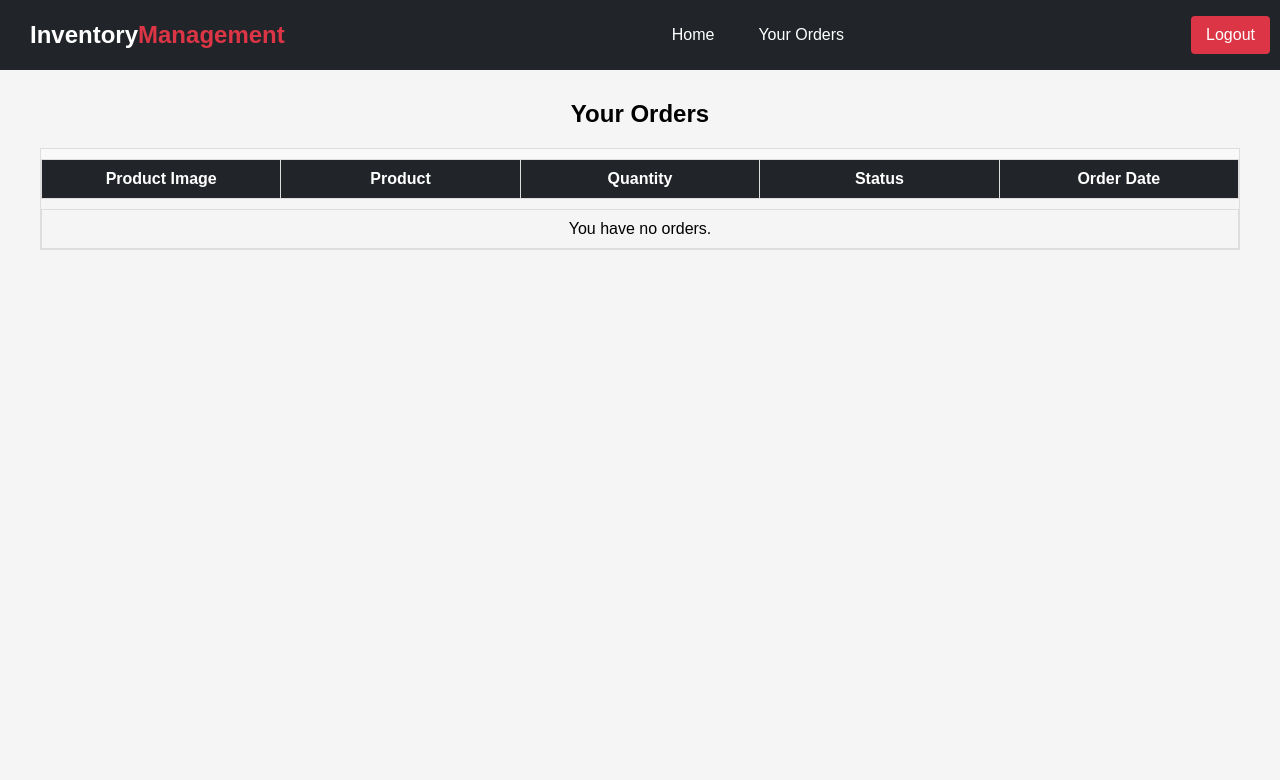
Repository: Fail2/Inventory_Management
Page: inventory_management/accounts/templates/accounts/buyer_orders.html
The author's editor kept a copy of each file at every save. The page is drawn from the files as they stood at one save, then again after the next save.
The browser window is 1280 px wide. The pictures show the whole page.
The page is served by the project's application, run on Django 5.2 (inventory_management/manage.py). Other server files are loaded and not shown. The template is opened directly, without the code that normally fills it, so the values that code supplies are empty.

Above is the page before, as saved 2025-05-03 10:19:23.

### inventory_management/accounts/templates/accounts/buyer_orders.html
{% extends 'accounts/buyer_base.html' %}

{% block title %}Your Orders{% endblock %}

{% block extra_css %}
<style>
    html, body {
        height: 100%;
        margin: 0;
        padding: 0;
    }

    .page-wrapper {
        display: flex;
        flex-direction: column;
        height: 100%;
    }

    h2 {
        text-align: center;
        margin: 20px 0;
    }

    .table-container {
        flex: 1;
        display: flex;
        flex-direction: column;
        margin: 0 20px 20px 20px;
        border: 1px solid #ddd;
    }

    .table-header, .table-body {
        width: 100%;
    }

    .table-header table, .table-body table {
        width: 100%;
        border-collapse: collapse;
        table-layout: fixed;
    }

    .table-header th, .table-body td {
        padding: 10px;
        text-align: center;
        border: 1px solid #ddd;
    }

    .table-header {
        background-color: #f9f9f9;
    }

    .table-body {
        flex: 1;
        overflow-y: auto;
        max-height: 70vh;  /* Adjust as needed */
    }

    img {
        max-width: 100px;
        height: auto;
    }

    @media screen and (max-width: 600px) {
        .table-header th, .table-body td {
            font-size: 12px;
            padding: 5px;
        }
        img {
            max-width: 60px;
        }
    }
</style>
{% endblock %}

{% block content %}
<div class="page-wrapper">
    <h2>Your Orders</h2>

    <div class="table-container">
        <!-- Table Header -->
        <div class="table-header">
            <table>
                <thead>
                    <tr>
                        <th>Product Image</th>
                        <th>Product</th>
                        <th>Quantity</th>
                        <th>Status</th>
                        <th>Order Date</th>
                    </tr>
                </thead>
            </table>
        </div>

        <!-- Scrollable Table Body -->
        <div class="table-body">
            <table>
                <tbody>
                    {% for order in orders %}
                    <tr>
                        <td>
                            <img src="{{ order.product.picture.url|default:'/media/product_images/default-image.jpg' }}" alt="{{ order.product.name }}">
                        </td>
                        <td>{{ order.product.name }}</td>
                        <td>{{ order.quantity }}</td>
                        <td>{{ order.status }}</td>
                        <td>{{ order.order_date|date:"Y-m-d H:i" }}</td>
                    </tr>
                    {% empty %}
                    <tr>
                        <td colspan="5">You have no orders.</td>
                    </tr>
                    {% endfor %}
                </tbody>
            </table>
        </div>
    </div>
</div>
{% endblock %}

### inventory_management/accounts/templates/accounts/buyer_base.html
<!DOCTYPE html>
<html lang="en">
<head>
    <meta charset="UTF-8">
    <meta name="viewport" content="width=device-width, initial-scale=1.0">
    <title>Inventory Management</title>

    {% block extra_css %}{% endblock %}  <!-- Extra CSS block -->

    <!-- Internal CSS -->
    <style>
        body {
            margin: 0;
            font-family: 'Arial', sans-serif;
            background: #f5f5f5;
        }
        .navbar {
            background: #212529;
            color: white;
            padding: 10px 0;
            position: fixed;
            top: 0;
            width: 100%;
            z-index: 999;
        }
        .navbar-container {
            width: 100%;
            display: flex;
            justify-content: space-between;
            padding: 0 20px;
            align-items: center;
        }
        .navbar-logo {
            font-size: 24px;
            color: white;
            text-decoration: none;
            font-weight: bold;
            display: flex;
            align-items: center;
        }
        .navbar-logo i {
            margin-right: 10px;
            font-size: 28px;
        }
        .navbar-logo span {
            color: #dc3545;
        }
        .navbar-links {
            list-style: none;
            display: flex;
            gap: 20px;
            flex-grow: 1;
            justify-content: center;
        }
        .navbar-links li {
            display: inline;
        }
        .navbar-links a {
            color: white;
            text-decoration: none;
            padding: 8px 12px;
            font-size: 16px;
            border-radius: 4px;
            transition: background 0.3s;
        }
        .navbar-links a:hover {
            background: #575757;
        }
        .logout-btn-container {
            margin-left: auto;
            padding-right: 20px;
        }
        .logout-btn {
            background: #dc3545;
            color: white;
            padding: 10px 15px;
            font-size: 16px;
            cursor: pointer;
            border: none;
            border-radius: 4px;
            transition: background 0.3s;
            margin-right: 10px;
        }
        .logout-btn:hover {
            background: #c82333;
        }
        .main-content {
            padding: 20px;
            margin-top: 60px;
        }
        .orders-table {
            background: white;
            width: 100%;
            border-radius: 8px;
            padding: 20px;
            box-shadow: 0 0 10px rgba(0,0,0,0.1);
        }
        table {
            width: 100%;
            border-collapse: collapse;
            margin-top: 10px;
        }
        table, th, td {
            border: 1px solid #ddd;
        }
        th, td {
            padding: 8px;
            text-align: center;
        }
        th {
            background: #212529;
            color: white;
        }
    </style>
</head>
<body>
    <header>
        <nav class="navbar">
            <div class="navbar-container">
                <a href="{% url 'buyer_home' %}" class="navbar-logo">
                    <i class="fas fa-cart-plus"></i> Inventory <span>Management</span>
                </a>
                <ul class="navbar-links">
                    <li><a href="{% url 'buyer_home' %}">Home</a></li>
                    <li><a href="{% url 'buyer_orders' %}">Your Orders</a></li>
                </ul>
                <div class="logout-btn-container">
                    <form method="post" action="{% url 'logout' %}">
                        {% csrf_token %}
                        <button type="submit" class="logout-btn">
                            <i class="fas fa-sign-out-alt"></i> Logout
                        </button>
                    </form>
                </div>
            </div>
        </nav>
    </header>

    <div class="main-content">
        {% block content %}{% endblock %}
    </div>

    {% block extra_scripts %}{% endblock %}  <!-- Extra scripts block -->
</body>
</html>

### inventory_management/accounts/middleware/auth_middleware.py
from django.shortcuts import redirect

class BuyerSupplierLoginRequiredMiddleware:
    """
    Middleware to protect buyer and supplier pages.
    If user is not logged in, they will be redirected to login page.
    """

    def __init__(self, get_response):
        self.get_response = get_response

    def __call__(self, request):
        # Paths that need protection
        protected_paths = [
            '/buyer/',         # All buyer pages
            '/supplier/',      # All supplier pages
        ]

        # Check if the request path starts with any protected path
        if any(request.path.startswith(path) for path in protected_paths):
            if not request.session.get('user_type'):
                # If user_type not found in session, redirect to login
                return redirect('login')  # URL name of your login page

        response = self.get_response(request)
        return response

### inventory_management/inventory_management/urls.py
"""
URL configuration for inventory_management project.

The `urlpatterns` list routes URLs to views. For more information please see:
    https://docs.djangoproject.com/en/5.2/topics/http/urls/
Examples:
Function views
    1. Add an import:  from my_app import views
    2. Add a URL to urlpatterns:  path('', views.home, name='home')
Class-based views
    1. Add an import:  from other_app.views import Home
    2. Add a URL to urlpatterns:  path('', Home.as_view(), name='home')
Including another URLconf
    1. Import the include() function: from django.urls import include, path
    2. Add a URL to urlpatterns:  path('blog/', include('blog.urls'))
"""
from django.contrib import admin
from django.conf import settings
from django.conf.urls.static import static
from django.urls import path,include

urlpatterns = [
    path('admin/', admin.site.urls),
    path('accounts/',include('accounts.urls')),
]
# This serves media files in development (make sure to only use this in development)
if settings.DEBUG:
    urlpatterns += static(settings.MEDIA_URL, document_root=settings.MEDIA_ROOT)

### inventory_management/accounts/urls.py

from django.conf import settings
from django.conf.urls.static import static
from django.urls import path
from . import views

urlpatterns = [
    # Admin-related paths
    path('admin-login/', views.admin_login_view, name='admin-login'),
    path('admin-dashboard/', views.admin_dashboard, name='admin_dashboard'),
    path('<str:user_type>/list/', views.user_list, name='user_list'),
    path('<str:user_type>/add/', views.add_user, name='add_user'),
    path('<str:user_type>/edit/<int:user_id>/', views.edit_user, name='edit_user'),
    path('<str:user_type>/delete/<int:user_id>/', views.delete_user, name='delete_user'),
    path('products/', views.product_list, name='product_list'),
    path('add/', views.add_product, name='add_product'),  # add_product view coming next
    path('products/<int:product_id>/edit/', views.edit_product, name='edit_product'),
    path('products/<int:product_id>/delete/', views.delete_product, name='delete_product'),
    path('products/by/<str:group_by>/', views.grouped_product_list, name='grouped_product_list'),
    path('add/<str:group_by>/', views.add_group, name='add_group'),

    # Buyer/Seller login
    path('login/', views.login_view, name='login'),
    path('logout/', views.logout_view, name='logout'),


    # Buyer-specific paths
    path('buyer/login/', views.login_view, name='login_view'),
    path('buyer/home/', views.buyer_home, name='buyer_home'),
    path('buyer/orders/', views.buyer_orders, name='buyer_orders'),
    path('buyer/place_order/<int:product_id>/', views.place_order, name='place_order'),
    path('<str:user_type>/product/<int:product_id>/', views.buyer_product_detail, name='buyer_product_detail'),


    #Supplier

]

Loaded but not shown: inventory_management/accounts/templatetags/custom_tags.py (common file)

After the next save:
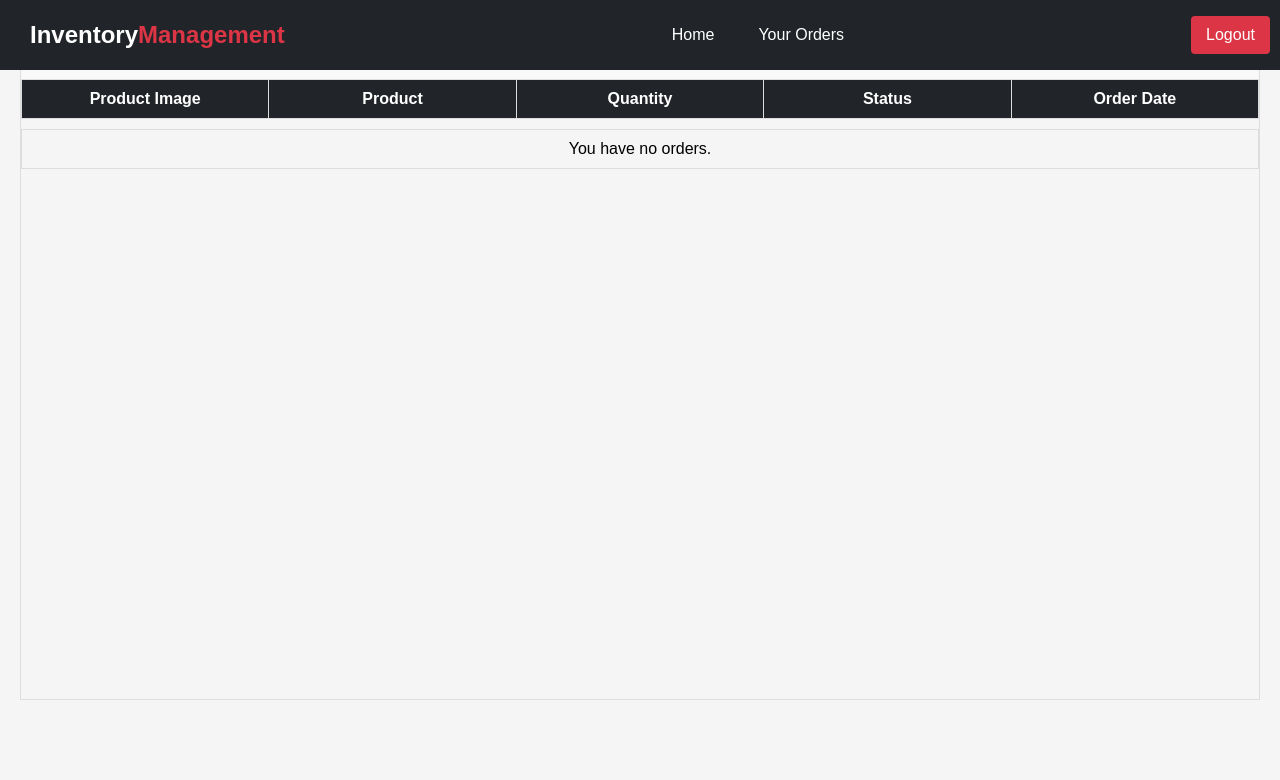
Saved 2 min 41 s later.
--- a/inventory_management/accounts/templates/accounts/buyer_orders.html
+++ b/inventory_management/accounts/templates/accounts/buyer_orders.html
@@ -11,10 +11,15 @@
     }
 
     .page-wrapper {
-        display: flex;
-        flex-direction: column;
-        height: 100%;
-    }
+    position: fixed;      /* FIX the wrapper on the screen */
+    top: 0;
+    left: 0;
+    width: 100%;
+    height: 100%;
+    display: flex;
+    flex-direction: column;
+    overflow: hidden;     /* Prevent inner scroll on wrapper */
+}
 
     h2 {
         text-align: center;
